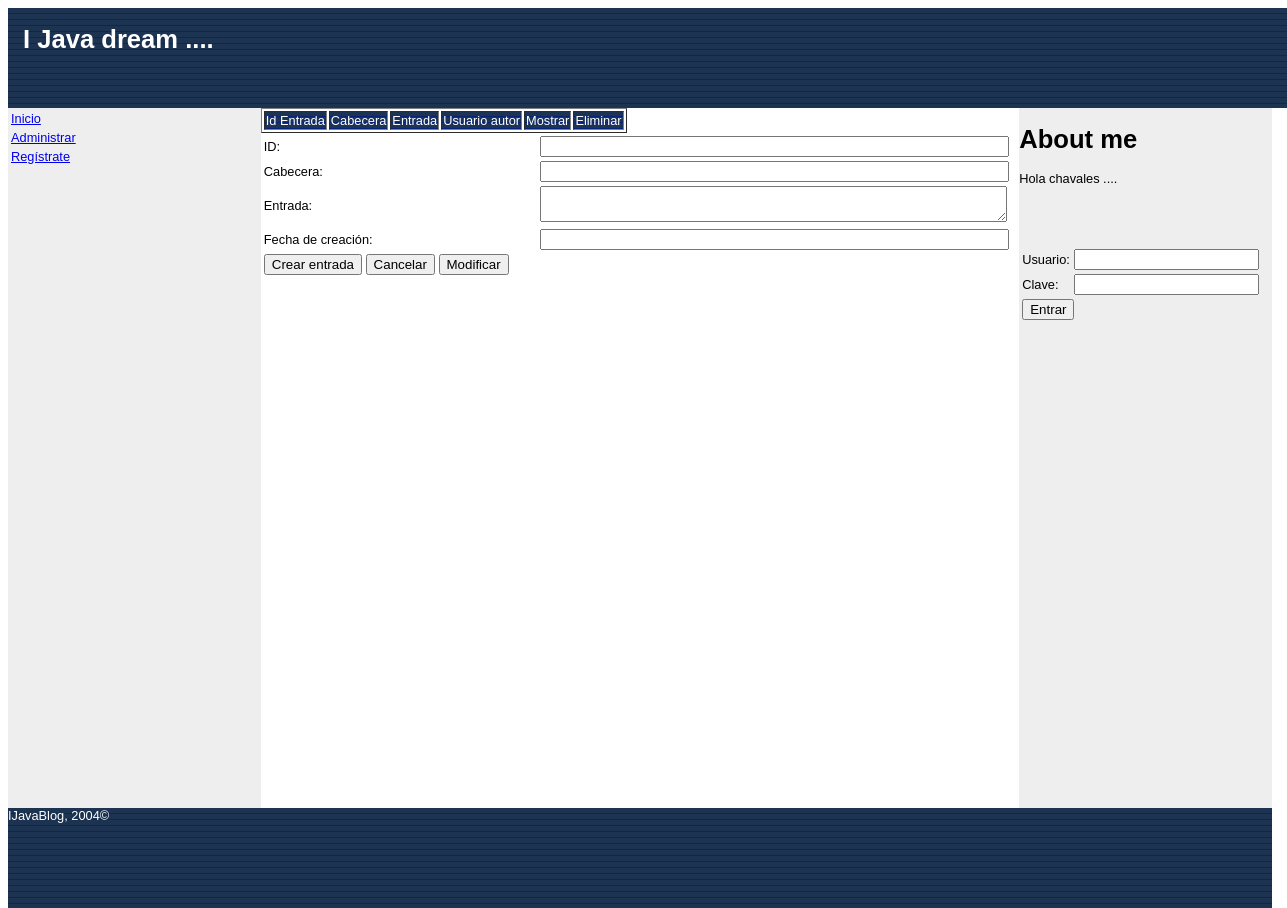
Repository: alruis/IJavaDreamBlog
Page: http://localhost/IJavaBlog/jsp/blog/inicio.jsp
The author's editor kept a copy of each file at every save. The page is drawn from the files as they stood at one save, then again after the next save.
The browser window is 1280 px wide. The page is 1287 px wide, so the pictures cover 1287 px, including what lies to the right of the window. The pictures show the whole page.
The page is served by Tomcat 9. Nobody is signed in. The application's start-up code is not run. Other server files are loaded and not shown. The template is opened directly, without the code that normally fills it, so the values that code supplies are empty.

Above is the page before, as saved 2014-09-26 14:24:36.
Console error: ReferenceError: init is not defined

### IJavaBlog/WebContent/jsp/blog/inicio.jsp
<%@ page language="java" contentType="text/html; charset=UTF-8"
    pageEncoding="UTF-8"%>
     <%@page import="model.Entrada"%>
 <%@page import="java.util.List"%>
<%@ taglib prefix="c" uri="http://java.sun.com/jsp/jstl/core" %>
<%@ taglib prefix="form" uri="http://www.springframework.org/tags/form" %>
<!DOCTYPE html>
<html>
<head>
	<meta charset="UTF-8">
	<title>IJavaBlog</title>
	<!-- <link href="css/comun.css" rel="stylesheet" type="text/css" />  -->
	<!--<link href="css/bootstrap.css" rel="stylesheet" type="text/css" />  -->
	<link href="css/ijavablog.css" rel="stylesheet" type="text/css" />

	<script>

	const AGREGAR = 0;
		const MODIFICAR = 1;

		var confirmar = function() {
			var confirmado = confirm("Seguro que deseas eliminar la entrada?");
			return confirmado; // true o false
		};

		var guardar = function(op) {
			var form = document.forms.entradaForm;

			if (op == AGREGAR)
				form.action = "agregarEntrada.blog";
			else if (op == MODIFICAR)
				form.action = "modificarEntrada.blog";

			form.submit();
		};



	</script>


</head>
<body  onload="init()">


<div id="cabecera" class="cabecera"><%@ include file="cabecera.jsp" %></div>
<div id="navegacion" class="navegacion"><%@ include file="navegacion.jsp" %></div>

<div id="errores">
		<c:forEach var="e" items="${errores}">
			${e}<br/>
		</c:forEach>

</div>



	<div id="entradas" class="entradas" >
		<table id="tablaEntradas" border="1">


		<tbody id="tbodyEntradas" >
		<thead id="cabeceraEntradas" >
		<tr class="cabeceras">
		<td>Id Entrada</td>
		<td>Cabecera</td>
		<td>Entrada</td>
		<td>Usuario autor</td>
		<td>Mostrar</td>
		<td>Eliminar</td></tr>

		</thead>
		<%
			// Obteniendo personas que son enviadas desde el Controlador
			List<Entrada> entradas = (List<Entrada>)
			request.getAttribute("entradas");

			if (entradas != null) {
				int num = 1;
				for (Entrada ent : entradas) {
		%>

					<tr>

						<td><%= ent.getIdEntrada() %></td>
						<td><%= ent.getCabeceraEntrada() %></td>
						<td><%= ent.getEntrada() %></td>
						<td><%= ent.getIdusuario() %></td>
						<td><a href="mostrar.blog?idEntrada=<%= ent.getIdEntrada() %>"> Mostrar	</a></td>
						<td><a href="eliminar.blog?idEntrada=<%= ent.getIdEntrada() %>"
								onclick="return confirmar()" >Eliminar
							</a>
						</td>
					</tr>

		<%
				}
			}
		%>
		</tbody>
	</table>


	<!--   <h1>Crear entrada</h1> -->
	<form:form action="agregarEntrada.blog" commandName="entradaForm" method="post">
		<table style="width: 98%;border-top: thin;">
		<tr>
				<td>ID:</td>
				<td><form:input path="idEntrada" readonly="true" cssStyle="width:100%"/> </td>
			</tr>
			<tr>
				<td>Cabecera:</td>
				<td><form:input path="cabeceraEntrada" cssStyle="width:100%"/> </td>
			</tr>
			<tr>
				<td>Entrada:</td>
				<td><form:textarea  path="entrada"  cssStyle="width:100%"/> </td>
			</tr>

			<tr>
				<td>Fecha de creación:</td>
				<td><form:input path="fechaCreacion" cssStyle="width:100%"/> </td>
			</tr>
			<tr>
				<td colspan="2">
					<input type="submit" value="Crear entrada"/>
					<!-- <input type="button" value="Agregar entrada" onclick="guardar(AGREGAR)"/> -->
				<input type="button" value="Cancelar" onclick="window.location.href='inicio.blog'"/>
				<input type="button" value="Modificar" onclick="guardar(MODIFICAR)"/>
				</td>
			</tr>
		</table>
	</form:form>
	</div> <!--  Cierre de div de entradas -->

<div  id="enlaces" class="enlaces"><%@ include file="enlaces.jsp" %></div>
<div  id="pie" class="pie">	<%@ include file="pie.jsp" %></div>

</body>
</html>

### IJavaBlog/WebContent/jsp/blog/cabecera.jsp
<%@ page language="java" contentType="text/html; charset=UTF-8"
    pageEncoding="UTF-8"%>
<%@ taglib prefix="c" uri="http://java.sun.com/jsp/jstl/core" %>

<!--  <link href="css/cabecera.css" rel="stylesheet" type="text/css" /> -->
	<!--  <link href="css/bootstrap.css" rel="stylesheet" type="text/css" />  -->

<div id="cabecera" >

	<div onclick="javascript:location.href='index.blog'"><h1>I Java dream ....</h1></div>

</div>

### IJavaBlog/WebContent/jsp/blog/navegacion.jsp
<%@ page language="java" contentType="text/html; charset=UTF-8"
    pageEncoding="UTF-8"%>
<div id="navegacion">
	<table>
	<tr><td><a href='index.blog'">Inicio</a></td></tr>
	<tr><td><a href="administrar.blog"> Administrar</a></td></tr>
	<tr><td><a href="registrarUsuario.blog">Regístrate</a></td></tr>
	</table>

</div>

### IJavaBlog/WebContent/jsp/blog/enlaces.jsp
<%@ page language="java" contentType="text/html; charset=UTF-8"
    pageEncoding="UTF-8"%>
<div id="enlaces">
<div>
	<h1>About me</h1>	Hola chavales ....
</div>
	</br>
	</br>

	</br>
	</br>
	<div>
	<form action="autenticar.blog" method="post">

		<c:choose>
			<c:when test="${empty sessionScope.usuario}">
				<table>
				<tr><td>Usuario:</td><td><input type="text" name="correo"  /> 	</td></tr>
				<tr><td>Clave:</td><td> <input type="text" name="clave" /> 	</td></tr>
				<tr><td colspan=2><input type="submit" value="Entrar" />	</td></tr>
				</table>
			</c:when>
			<c:otherwise>
			<span style="text-align: right;">
				Bienvenido, ${sessionScope.usuario.correo }
				<a href="cerrarSesion.blog">Cerrar sesión</a>
			</span>
			</c:otherwise>
		</c:choose>

	</form>
	</div>
</div>

### IJavaBlog/WebContent/jsp/blog/pie.jsp
<%@ page language="java" contentType="text/html; charset=UTF-8"
    pageEncoding="UTF-8"%>
<div id="pie">
	IJavaBlog, 2004&copy;
</div>

### IJavaBlog/WebContent/css/ijavablog.css
h1 {
	text-align: left;
}

html{
	font-family:Arial, Helvetica, sans-serif;
	font-size:80%;

}

#body {
	clear: both;

}

#registrarUsuario {
	text-align: right;
}


	div.cabecera{
    background:  url("../img/FondoCabecera2.png");
     width:100%;
     height:100px;
     float:left;
     color:white;
     padding-left:15px;


	}

	tr.cabeceras{
	 background:  url("../img/FondoCabecera1.png");
	 color:white;
    background-color:blue;


	}


	div.navegacion{
	background-color:#eeeeee;
    width:20%;
    float:left;
    overflow:hidden;margin:0; padding:0;  position:relative; min-height:700px;

	}

	div.entradas{
	width:60%;
    float:left;


	}

	div.enlaces{
 	background-color:#eeeeee;
    width:20%;
    float:left;

     overflow:hidden;margin:0; padding:0;  position:relative; min-height:700px;

	}


	div.pie{
	 background:  url("../img/FondoCabecera2.png");
      width:100%;
      height:100px;
    color:white;
        float:left;
	}

After the next save:
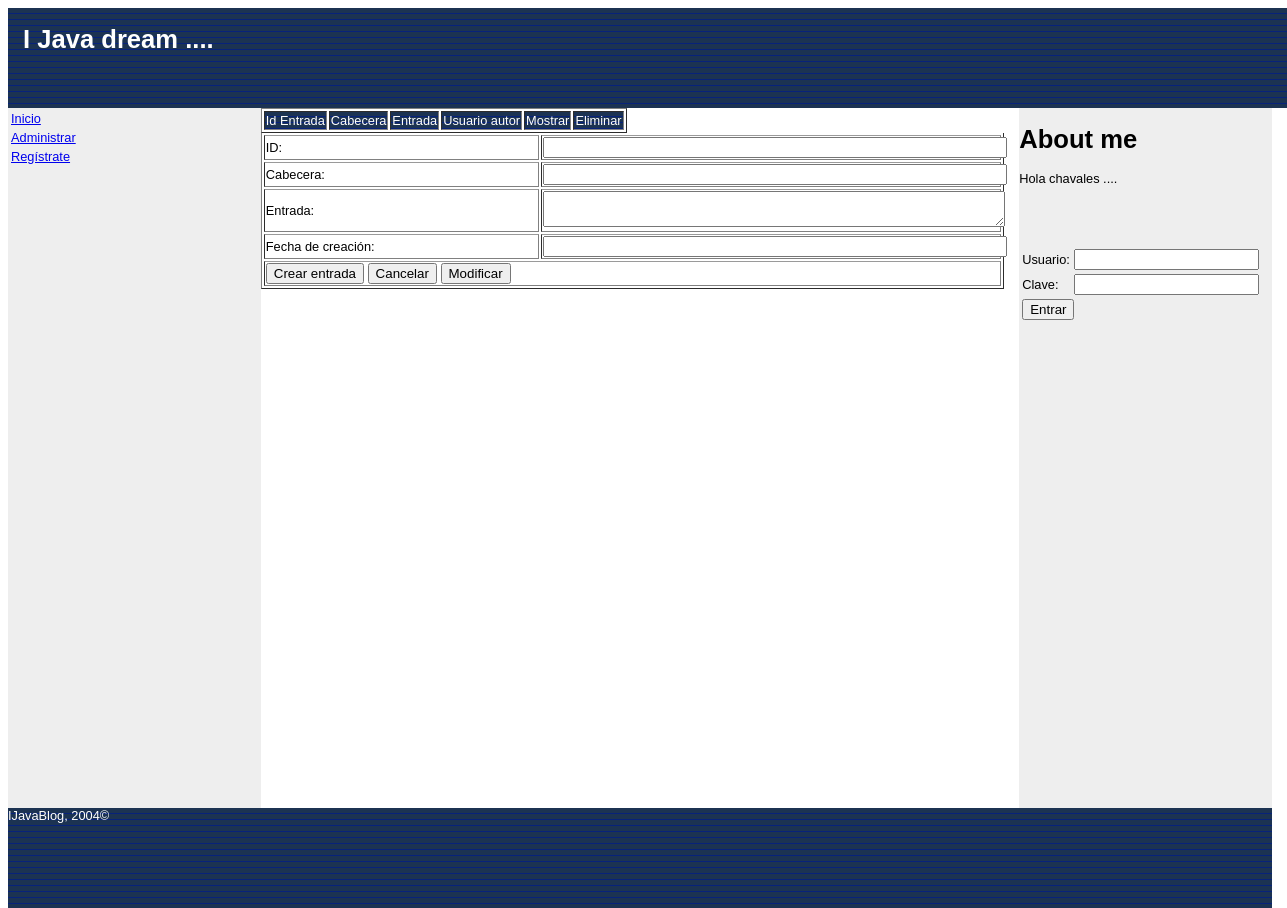
Saved 27 s later.
--- a/IJavaBlog/WebContent/jsp/blog/inicio.jsp
+++ b/IJavaBlog/WebContent/jsp/blog/inicio.jsp
@@ -103,7 +103,7 @@
 
 	<!--   <h1>Crear entrada</h1> -->
 	<form:form action="agregarEntrada.blog" commandName="entradaForm" method="post">
-		<table style="width: 98%;border-top: thin;">
+		<table style="width: 98%;border-top: thin;" border=1>
 		<tr>
 				<td>ID:</td>
 				<td><form:input path="idEntrada" readonly="true" cssStyle="width:100%"/> </td>
